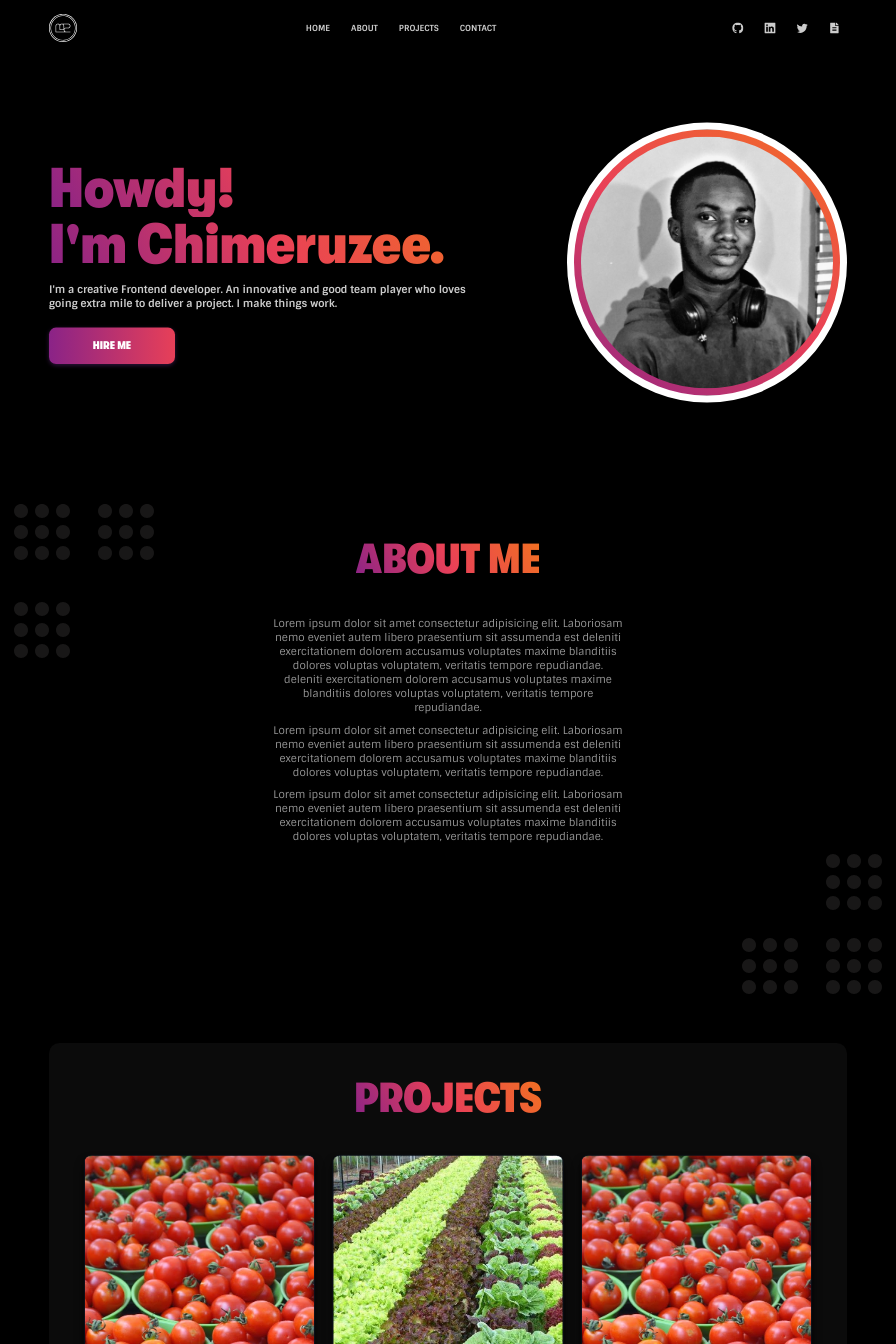
Repository: Ehceyn/ChimeruzeePortfolio
Page: /
These files come from the project's save history. The page is drawn as it stood at one moment and after the next save; the edit follows.
The browser window is 1280 px wide. The pictures show the part of the page from y = 0 to 1920 px (the page is 4486 px tall), at 70% of full size.
The project was rebuilt for these pictures with package versions that can differ from the ones it lists, and the page was loaded fresh each time. The framework's server and built-in components were replaced by stand-ins that run in the browser. Also part of the build but not shown: next.config.js, src/components/Timeline/Timeline.js, src/components/Accomplishments/Accomplishments.js.

Above is the page before, as saved 2022-08-04 00:12:41.

After the next save:
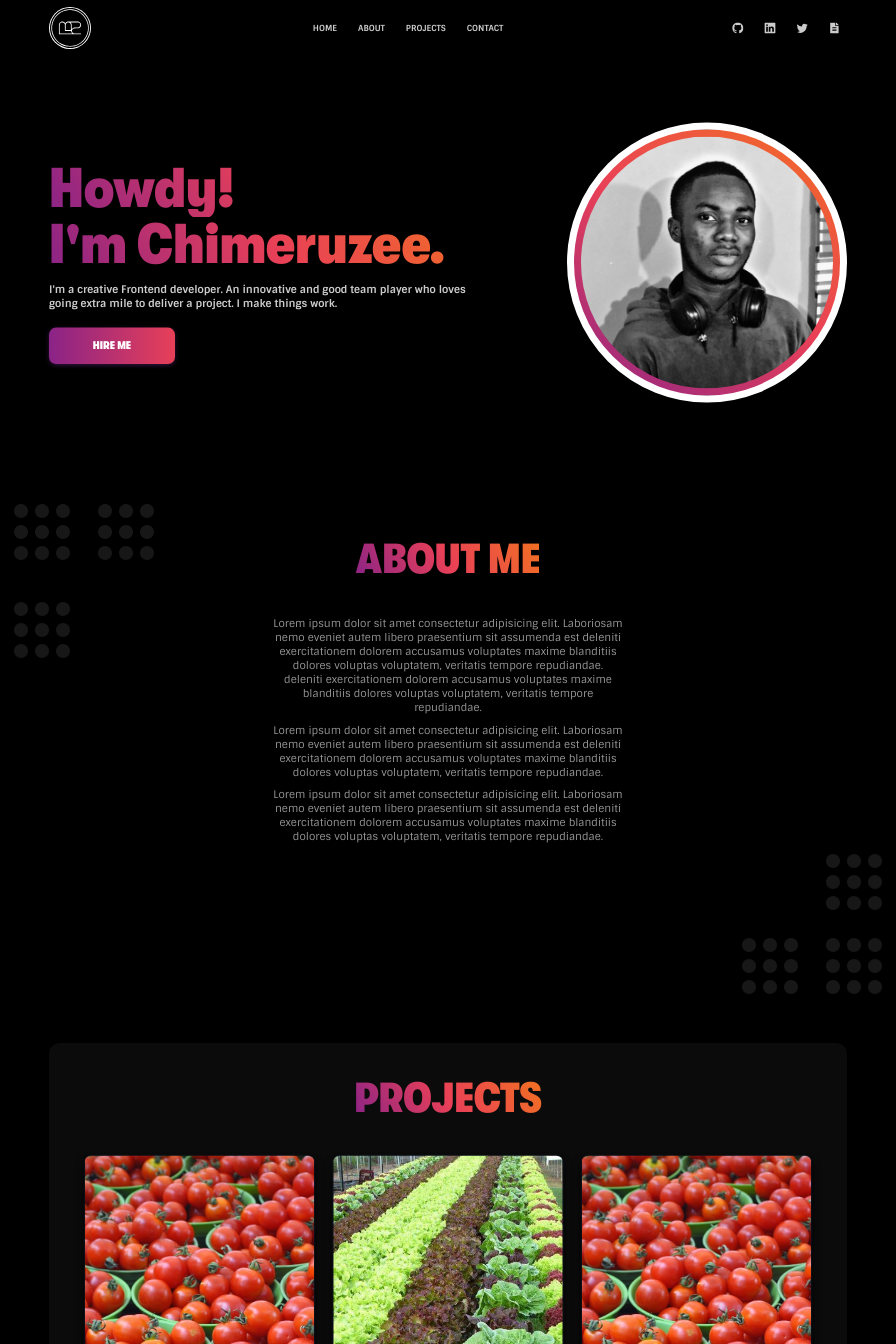
Saved 20 s later.
--- a/src/components/Logo/Logo.js
+++ b/src/components/Logo/Logo.js
@@ -9,7 +9,7 @@ const Logo = () => {
         height="774.000000pt"
         viewBox="0 0 771.000000 774.000000"
         preserveAspectRatio="xMidYMid meet"
-        className="w-[40px] h-[40px] "
+        className="w-[60px] h-[60px] "
       >
         <g
           transform="translate(0.000000,774.000000) scale(0.100000,-0.100000)"
